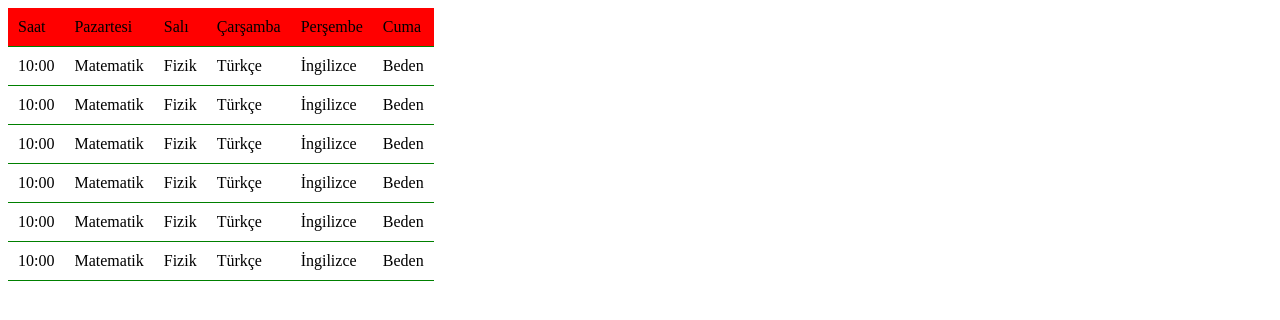
Repository: ahmetbugraozcan/css-ders-programi
Page: deneme2.html
The author's editor kept a copy of each file at every save. The page is drawn from the files as they stood at one save, then again after the next save.
The browser window is 1280 px wide. The pictures show the whole page.

Above is the page before, as saved 2021-07-10 14:23:59.

### deneme2.html
<!DOCTYPE html>
<html>

<head>
    <style>
        .head {
            background-color: red;

        }
        .row {
            display: flex;
            flex-direction: row;
            border-radius: 10px;
        }
        .row > div > div{

            border-bottom: 1px solid green;
        }

        .row > div > div , .head{
            padding: 10px;
        }

    </style>
</head>

<body>
    <div class="row">
        <div>
            <div class="head"> Saat</div>
            <div>10:00</div>
            <div>10:00</div>
            <div>10:00</div>
            <div>10:00</div>
            <div>10:00</div>
            <div>10:00</div>
        </div>
        <div>
            <div class="head"> Pazartesi</div>
            <div>Matematik</div>
            <div>Matematik</div>
            <div>Matematik</div>
            <div>Matematik</div>
            <div>Matematik</div>
            <div>Matematik</div>
        </div>
        <div>
            <div class="head">Salı</div>
            <div>Fizik</div>
            <div>Fizik</div>
            <div>Fizik</div>
            <div>Fizik</div>
            <div>Fizik</div>
            <div>Fizik</div>
        </div>
        <div>
            <div class="head">Çarşamba</div>
            <div>Türkçe</div>
            <div>Türkçe</div>
            <div>Türkçe</div>
            <div>Türkçe</div>
            <div>Türkçe</div>
            <div>Türkçe</div>

        </div>
        <div>
            <div class="head">Perşembe</div>
            <div>İngilizce</div>
            <div>İngilizce</div>
            <div>İngilizce</div>
            <div>İngilizce</div>
            <div>İngilizce</div>
            <div>İngilizce</div>
        </div>
        <div>
            <div class="head">Cuma</div>
            <div>Beden</div>
            <div>Beden</div>
            <div>Beden</div>
            <div>Beden</div>
            <div>Beden</div>
            <div>Beden</div>

        </div>
    </div>

</body>

</html>

After the next save:
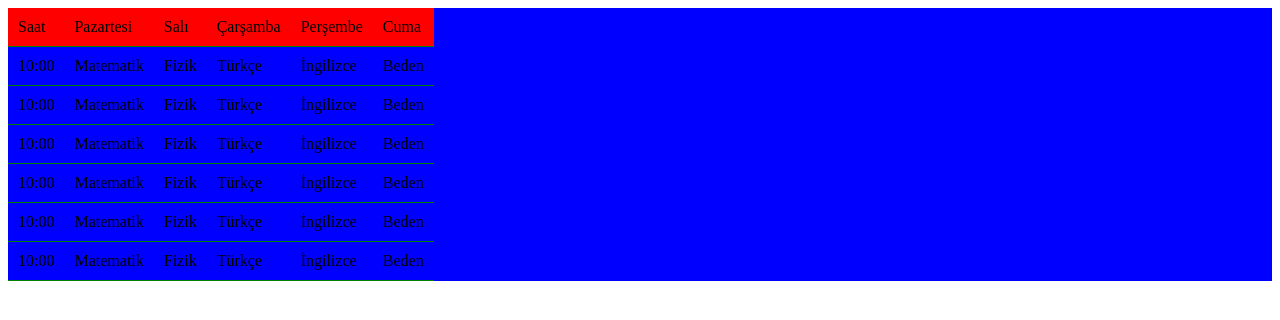
Saved 10 s later.
--- a/deneme2.html
+++ b/deneme2.html
@@ -10,7 +10,7 @@
         .row {
             display: flex;
             flex-direction: row;
-            border-radius: 10px;
+            background-color: blue;
         }
         .row > div > div{
 
